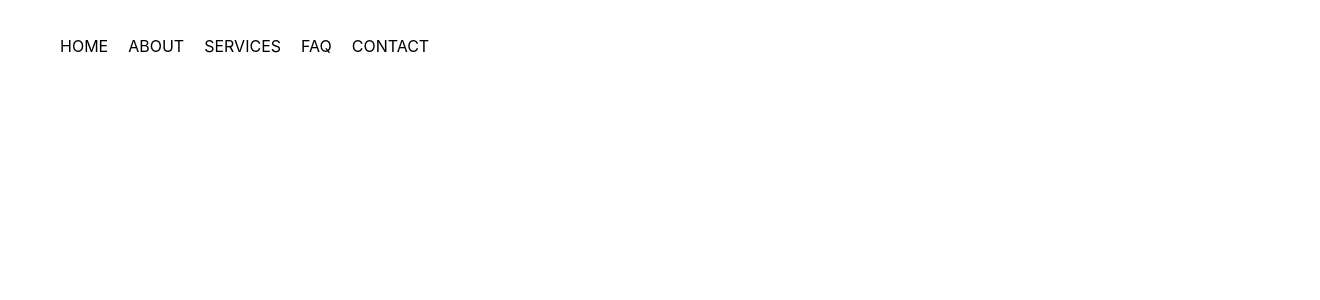
Repository: sriram1224/reactas1.github.io
Page: /
The author's editor kept a copy of each file at every save. The page is drawn from the files as they stood at one save, then again after the next save.
The browser window is 1280 px wide. The page is 1320 px wide, so the pictures cover 1320 px, including what lies to the right of the window. The pictures show the whole page.
The project was rebuilt for these pictures with package versions that can differ from the ones it lists, and the page was loaded fresh each time.

Above is the page before, as saved 2024-03-05 06:46:50.

After the next save:
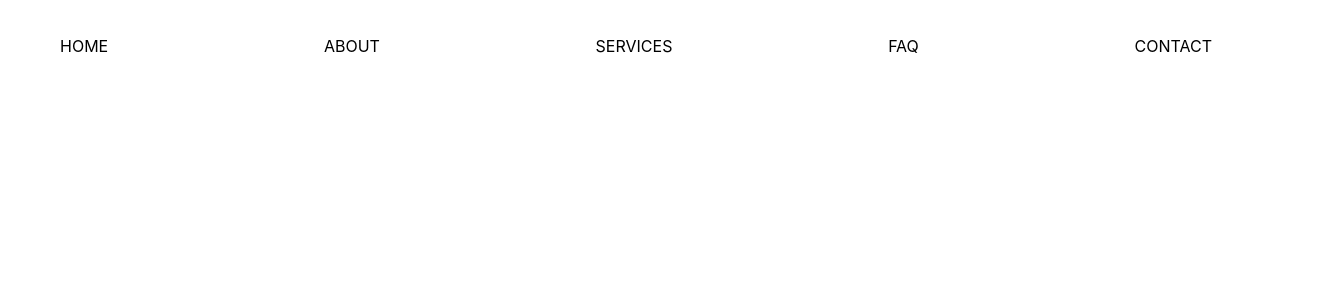
Saved 8 s later.
--- a/src/Components/Nav.css
+++ b/src/Components/Nav.css
@@ -11,7 +11,7 @@
     align-items: center;
     list-style: none;
     gap: 20px;
-    width: 90px;
+    width: 90%;
 }
 .Nav ul li{
 
